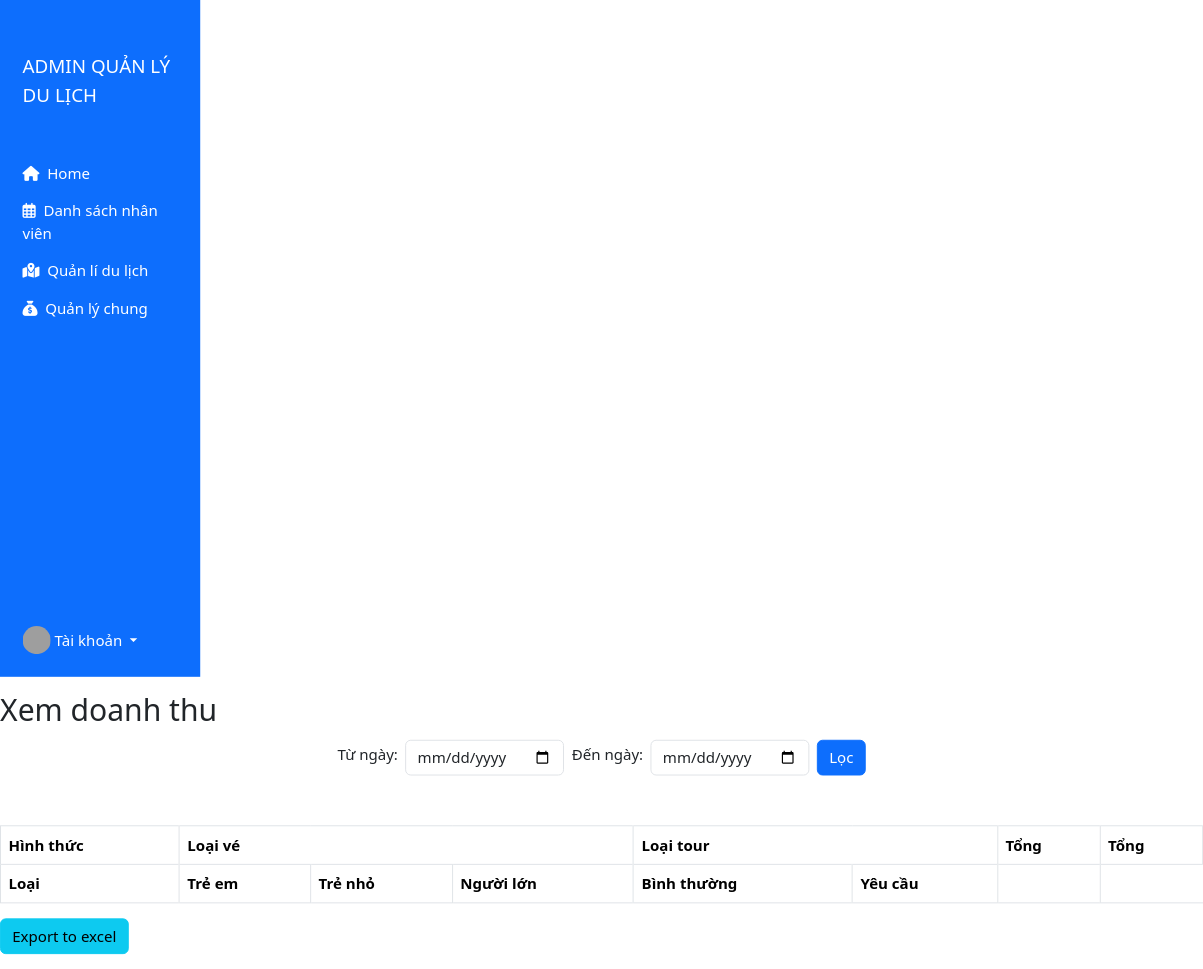
Repository: vantohuu/BOOKINGTOUR
Page: http://localhost/BOOKINGTOUR/WEB-INF/views/doanhthu/doanhthu.jsp
An editor plug-in stored every save of this project. The page is shown before and after the next save, followed by the edit.
The browser window is 1280 px wide. The pictures show the whole page, at 94% of full size.
Pictures or frames that could not be fetched are drawn as grey boxes. Some web libraries are served in a nearby version. The page is served by Tomcat 9. Nobody is signed in. The template is opened directly, without the code that normally fills it, so the values that code supplies are empty.

Above is the page before, as saved 2023-06-05 21:16:25.
Console error: ReferenceError: $ is not defined

After the next save:
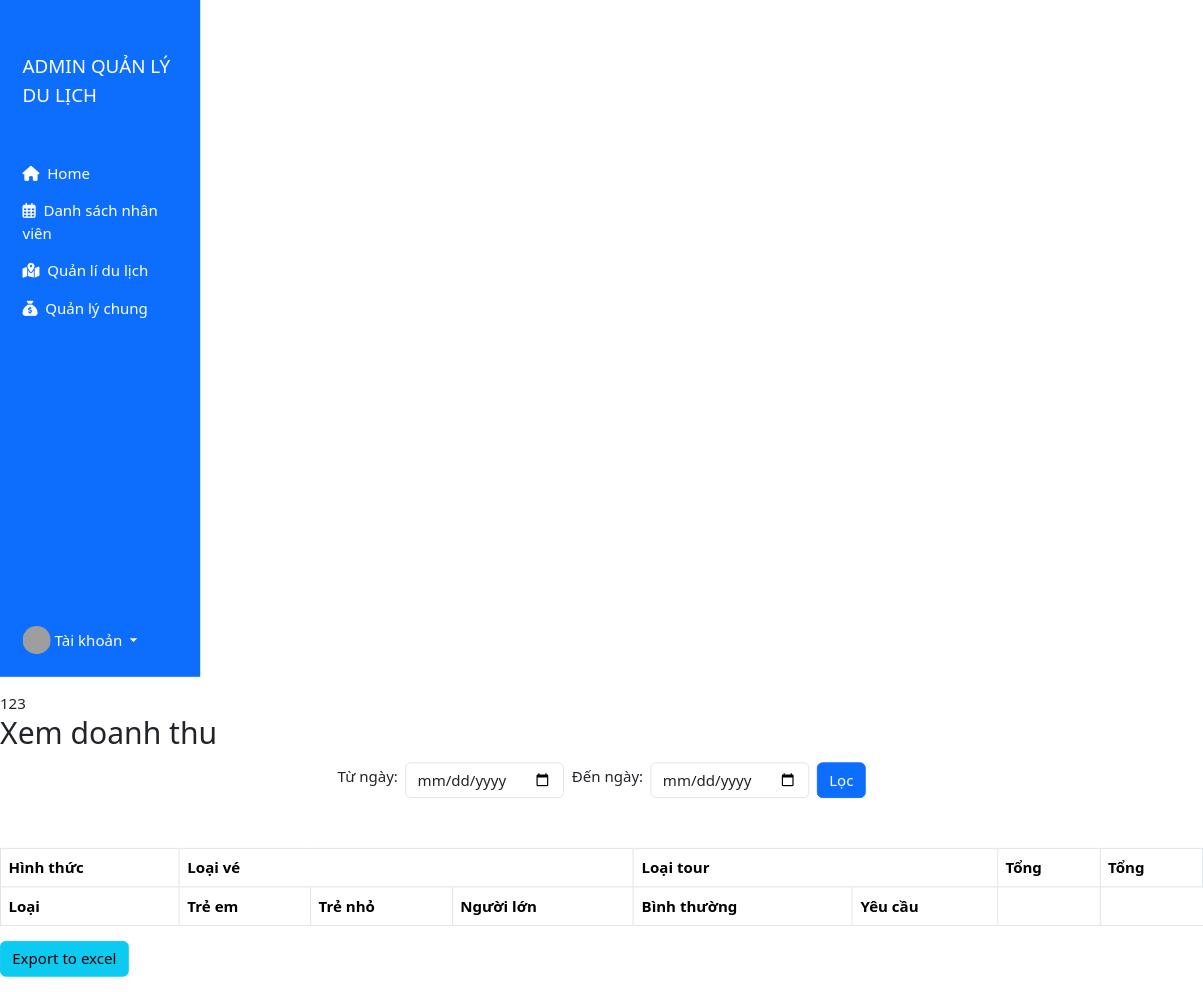
Saved 3 min 7 s later.
--- a/BOOKINGTOUR/src/main/webapp/WEB-INF/views/doanhthu/doanhthu.jsp
+++ b/BOOKINGTOUR/src/main/webapp/WEB-INF/views/doanhthu/doanhthu.jsp
@@ -17,6 +17,7 @@
     <script src="https://cdn.jsdelivr.net/npm/bootstrap@5.3.0-alpha1/dist/js/bootstrap.bundle.min.js" integrity="sha384-w76AqPfDkMBDXo30jS1Sgez6pr3x5MlQ1ZAGC+nuZB+EYdgRZgiwxhTBTkF7CXvN" crossorigin="anonymous"></script>
 
 <div class="col py-3">
+123
 				<h2>Xem doanh thu</h2>
 				<div class="d-flex justify-content-center align-items-center">
 					<form action="/QLNX/doanhthu.htm"
